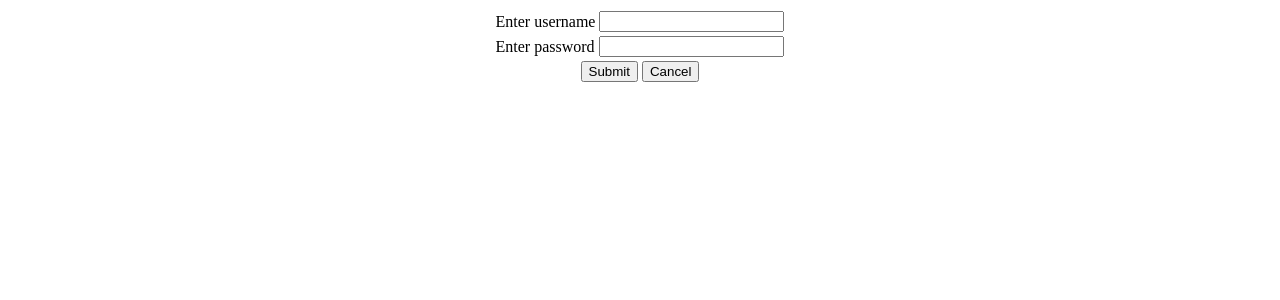
Repository: nikunj-var/Advance_Java
Page: jsp_user/src/main/webapp/login_form.html
These files come from the project's save history. The page is drawn as it stood at one moment and after the next save; the edit follows.
The browser window is 1280 px wide. The pictures show the whole page.

Above is the page before, as saved 2023-07-16 13:40:56.

After the next save:
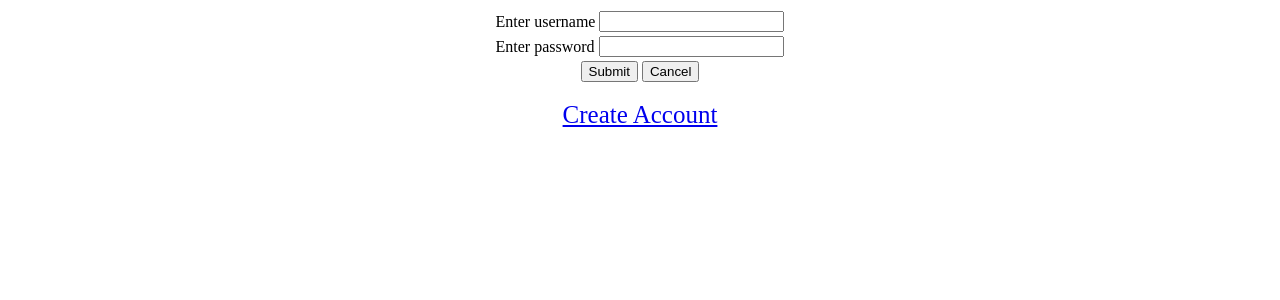
Saved 5 s later.
--- a/jsp_user/src/main/webapp/login_form.html
+++ b/jsp_user/src/main/webapp/login_form.html
@@ -30,5 +30,8 @@
 			</tr>
 		</table>
 	</form>
+	<div style="text-align: center; margin-top: 10px;">
+		<a href="registration.html" style="font-size: 25px;">Create Account</a>
+	</div>
 </body>
 </html>
